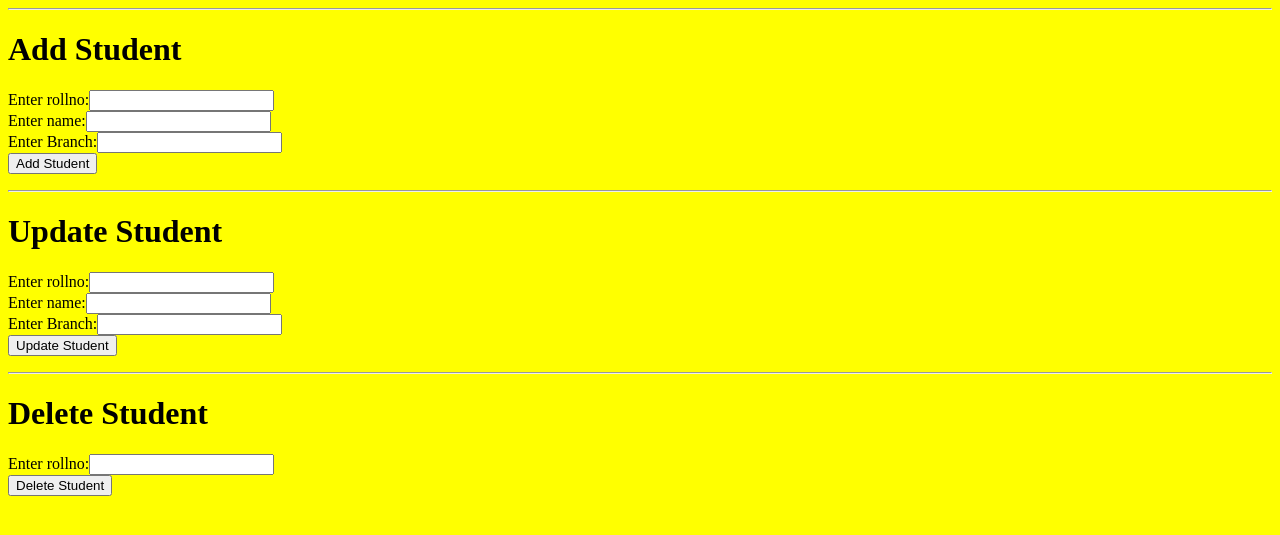
Repository: chinthaginjalabhuvan/Java
Page: RealTimeWebProject/src/main/webapp/index.html
An editor plug-in stored every save of this project. The page is shown before and after the next save, followed by the edit.
The browser window is 1280 px wide. The pictures show the whole page.

Above is the page before, as saved 2025-06-03 10:52:48.

### RealTimeWebProject/src/main/webapp/index.html

<html>
<body bgcolor="yellow">
<hr/>
<h1>Add Student</h1>
<form action="AddStudent.jsp">
Enter rollno:<input type="text" name="rollno"/><br/>
Enter name:<input type="text" name="name"/><br/>
Enter Branch:<input type="text" name="branch"/><br/>
<button type="submit">Add Student</button>
</form>
<hr/>
<h1>Update Student</h1>
<form action="UpdateStudent.jsp">
Enter rollno:<input type="text" name="rollno"/><br/>
Enter name:<input type="text" name="name"/><br/>
Enter Branch:<input type="text" name="branch"/><br/>
<button type="submit">Update Student</button>
</form>
<hr/>
<h1>Delete Student</h1>
<form action="DeleteStudent.jsp">
Enter rollno:<input type="text" name="rollno"/><br/>
<button type="submit">Delete Student</button>
</form>
</body>
</html>

After the next save:
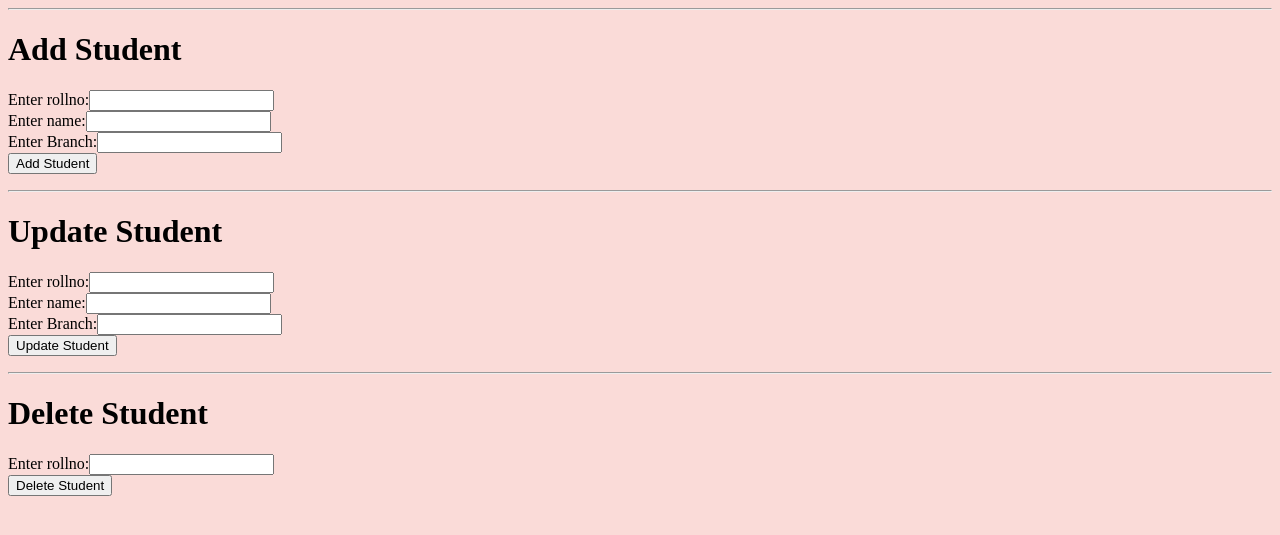
Saved 70 s later.
--- a/RealTimeWebProject/src/main/webapp/index.html
+++ b/RealTimeWebProject/src/main/webapp/index.html
@@ -1,6 +1,6 @@
 
 <html>
-<body bgcolor="yellow">
+<body bgcolor="#fadbd8">
 <hr/>
 <h1>Add Student</h1>
 <form action="AddStudent.jsp">
